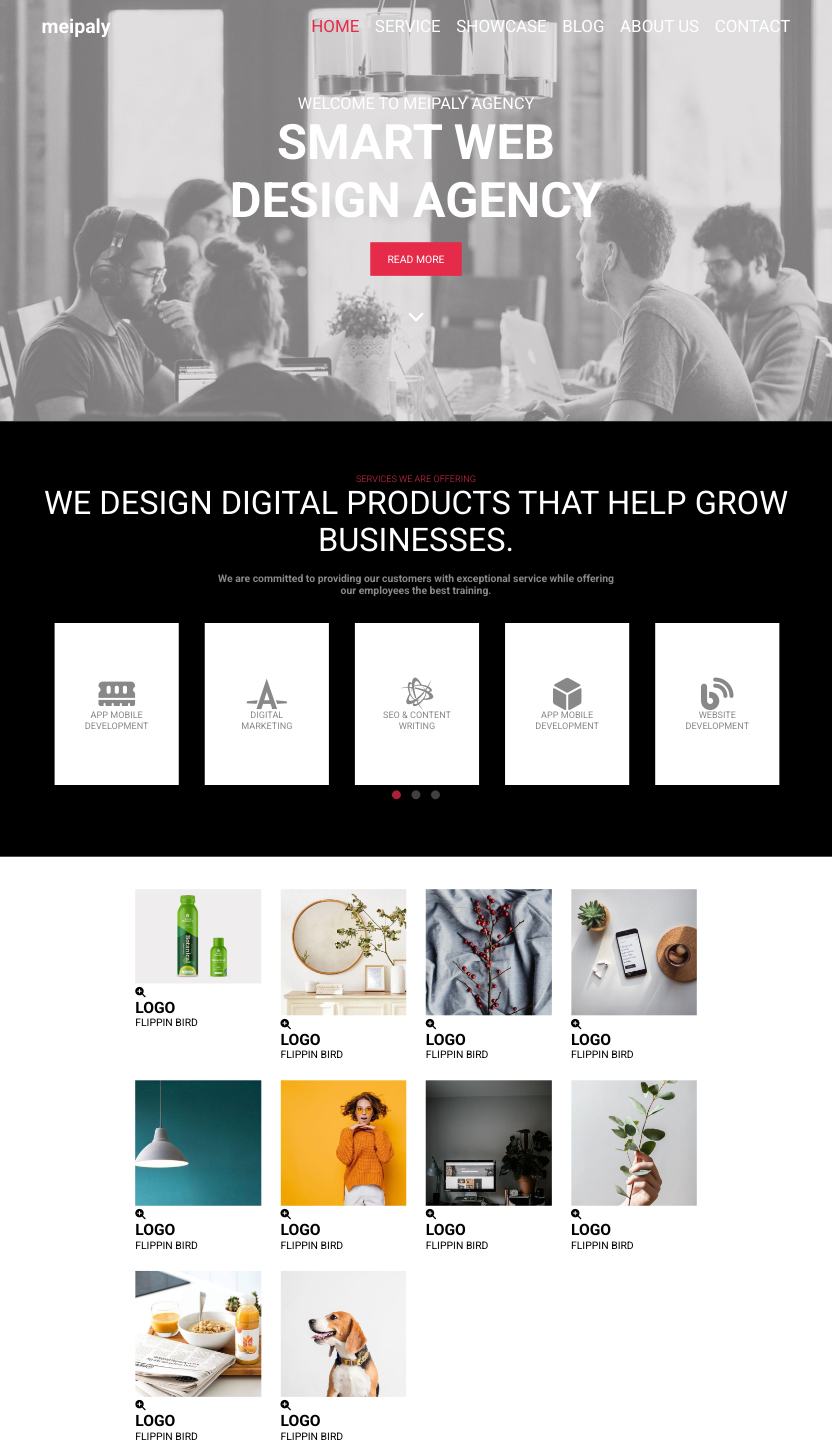
Repository: ducdatit2002/meipaly
Page: index.html
These files come from the project's save history. The page is drawn as it stood at one moment and after a run of saves; the edit follows.
The browser window is 1280 px wide. The pictures show the whole page, at 65% of full size.

Above is the page before, as saved 2023-07-17 19:21:25.

After the next 9 saves:
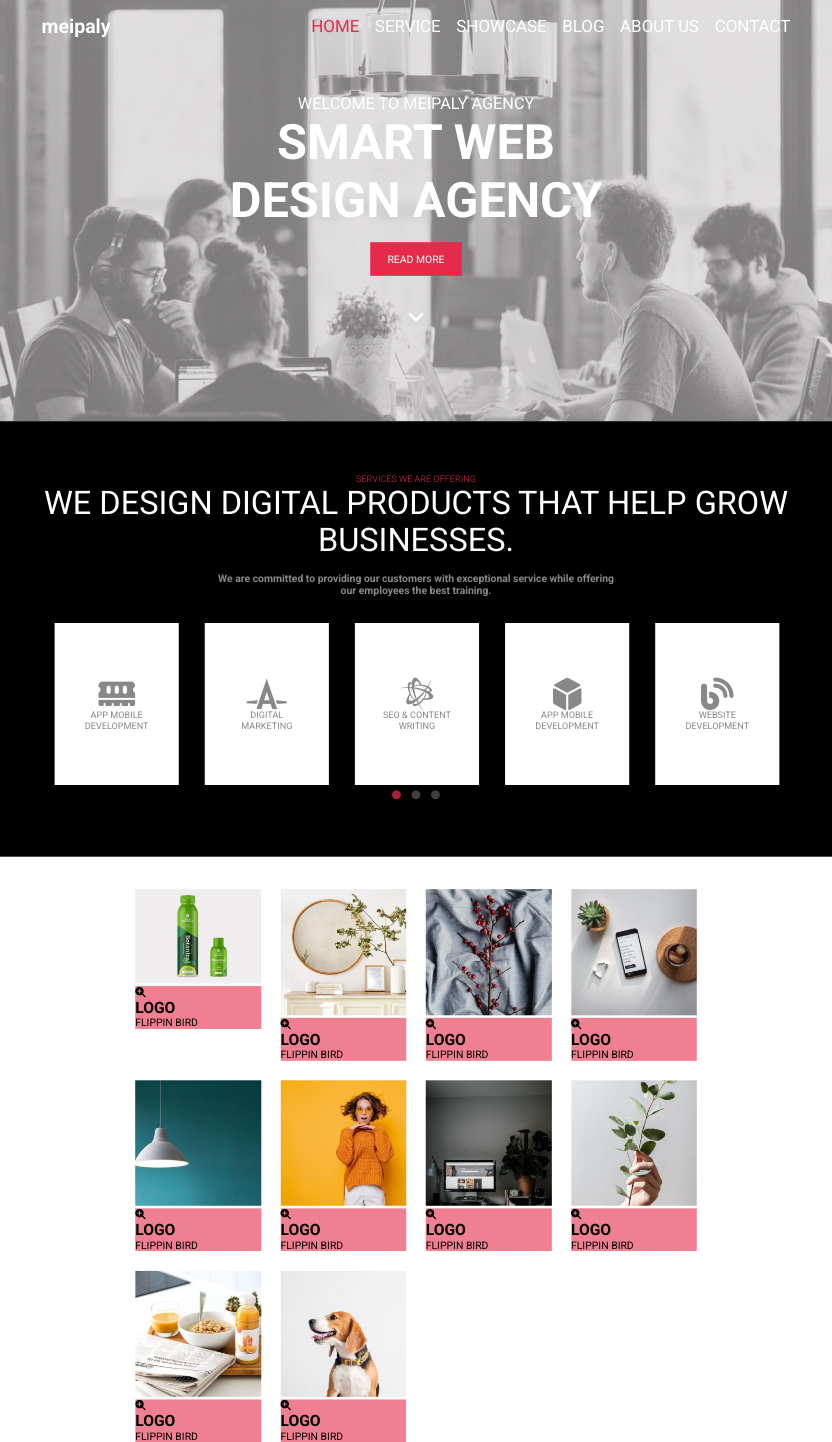
The 9 saves are shown as one change because they came seconds apart.
The last was saved 66 s later.
--- a/index.css
+++ b/index.css
@@ -187,3 +187,7 @@ header a.active, header a:hover {
 .blog__item {
     position: relative;
 }
+.blog__overlay {
+    background: rgba(230, 43, 74, 0.6);
+
+}
